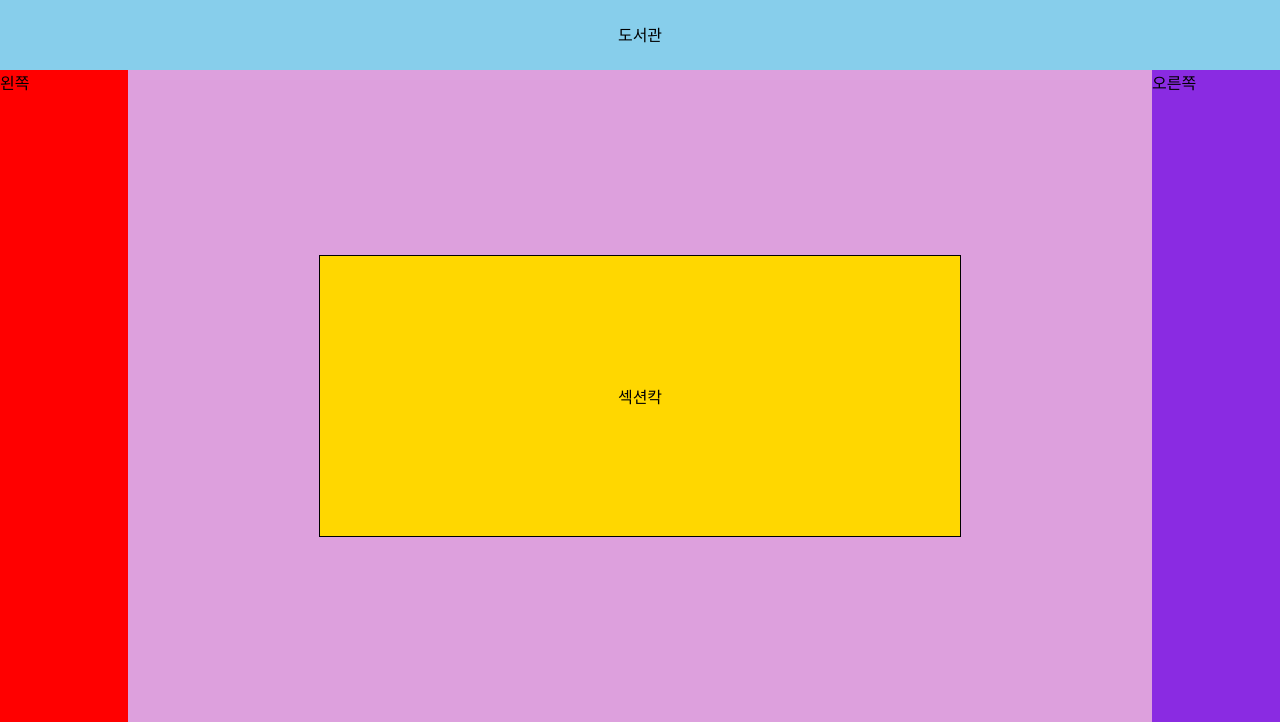
Repository: sojihwan/API_-Multi
Page: / (app in API/)
These files come from the project's save history. The page is drawn as it stood at one moment and after the next save; the edit follows.
The browser window is 1280 px wide. The pictures show the whole page.
The project was rebuilt for these pictures with package versions that can differ from the ones it lists, and the page was loaded fresh each time. Also part of the build but not shown: API/src/App.css.

Above is the page before, as saved 2022-05-24 15:17:25.

### API/src/App.js
import "./App.css";
import Layout from "./Layout/Layout";

function App() {
  return (
    <div>
      <Layout />
    </div>
  );
}

export default App;

### API/src/Layout/layout.js
import React from "react";
import "./Layout.css";
import Section from "./Section";

function Layout() {
  return (
    <div className="layout">
      <header>도서관</header>
      <main>
        <aside>왼쪽</aside>
        <Section />
        <aside>오른쪽</aside>
      </main>
    </div>
  );
}

export default Layout;

### API/src/Layout/layout.css
.layout {
  box-sizing: border-box;
}

header {
  width: 100%;
  height: 70px;
  line-height: 70px;
  text-align: center;
  background: skyblue;
}

aside {
  top: 70px;
}

main aside:first-child {
  position: absolute;
  left: 0;
  width: 10%;
  height: 90.6%;
  background: red;
}

main {
  display: flex;
  justify-content: center;
  align-items: center;
  min-height: 90.6vh;
  background: plum;
}

main aside:last-child {
  position: absolute;
  right: 0;
  width: 10%;
  height: 90.6%;
  background: blueviolet;
}

### API/src/Layout/Section.js
import React from "react";
import "../Layout/Section.css";

function Section() {
  return (
    <div className="section">
      <div>섹션칵</div>
    </div>
  );
}

export default Section;

### API/src/Layout/Section.css
.section {
  border: 1px solid black;
  width: 50%;
  padding: 10% 0;
  background: gold;
  text-align: center;

}

Loaded but not shown: API/public/index.html (common file); API/src/index.js (common file); API/src/index.css (common file); API/src/reportWebVitals.js (common file)

After the next save:
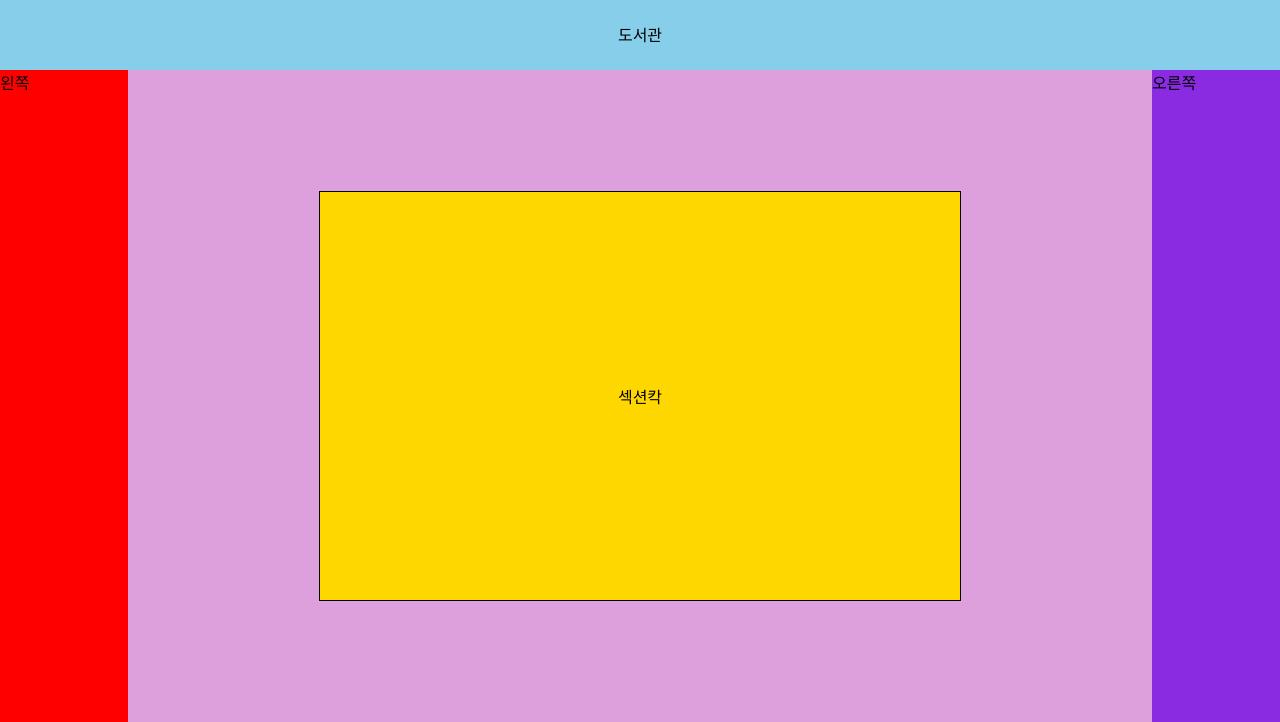
Saved 5 s later.
--- a/API/src/Layout/Section.css
+++ b/API/src/Layout/Section.css
@@ -1,7 +1,7 @@
 .section {
   border: 1px solid black;
   width: 50%;
-  padding: 10% 0;
+  padding: 15% 0;
   background: gold;
   text-align: center;
 
